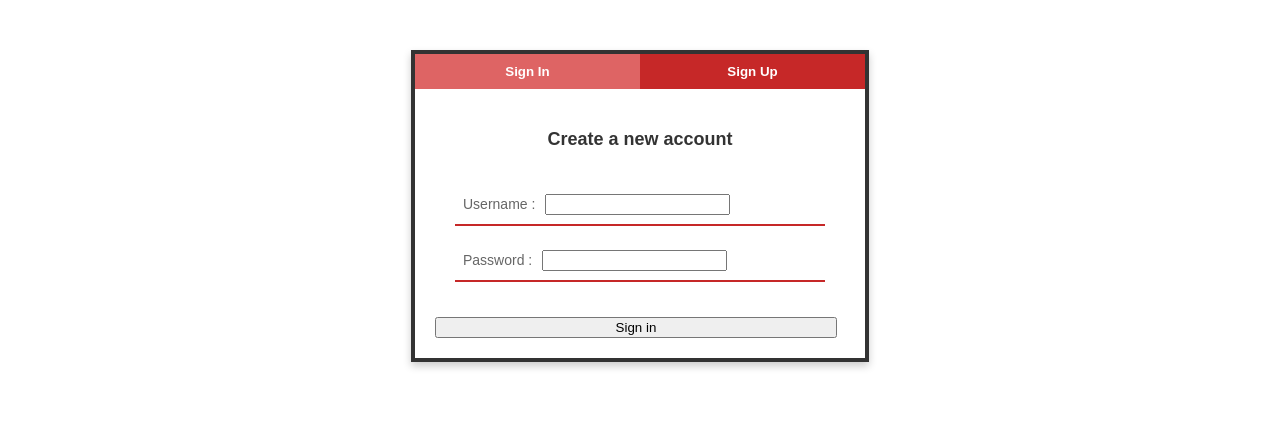
Repository: sebounti/holbertonschool-cinema-guru
Page: / (app in cinema-guru/)
An editor plug-in stored every save of this project. The page is shown before and after the next save, followed by the edit.
The browser window is 1280 px wide. The pictures show the whole page.
The project was rebuilt for these pictures with package versions that can differ from the ones it lists, and the page was loaded fresh each time. Also part of the build but not shown: cinema-guru/src/routes/dashboard/dashboard.css, cinema-guru/src/components/navigation/navigation.css, cinema-guru/src/components/navigation/Header.js, cinema-guru/src/components/components.css, cinema-guru/src/components/Activity.js, cinema-guru/src/components/navigation/SideBar.js, cinema-guru/src/components/movies/movies.css, cinema-guru/src/components/movies/MovieCard.js and 9 more.

Above is the page before, as saved 2024-11-02 19:50:03.

### cinema-guru/src/App.js
import React, { useState, useEffect } from "react";
import Dashboard from "./routes/dashboard/dashboard"; // Import du composant Dashboard
import Authentication from "./routes/auth/Authentication"; // Import du composant Authentication

export default function App() {
  // États du composant
  const [isLoggedIn, setIsLoggedIn] = useState(false);
  const [userUsername, setUserUsername] = useState("");

  // Fonction exécutée lors du montage du composant
  useEffect(() => {
    // Récupérer le token d'accès depuis le localStorage
    const accessToken = localStorage.getItem("accessToken");

    if (accessToken) {
      // Envoi de la requête de vérification d'authentification
      fetch("/api/auth/", {
        method: "POST",
        headers: {
          Authorization: `Bearer ${accessToken}`,
          "Content-Type": "application/json",
        },
      })
        .then((response) => response.json())
        .then((data) => {
          if (data.success) {
            // Vérifier si l'authentification a réussi
            setIsLoggedIn(true);
            setUserUsername(data.username); // Définir le nom d'utilisateur à partir de la réponse
          }
        })
        .catch((error) => {
          console.error("Erreur d'authentification:", error);
          setIsLoggedIn(false); // Réinitialise l'état si la requête échoue
        });
    }
  }, []);

  // Rendu conditionnel selon l'état de connexion
  return isLoggedIn ? (
    <Dashboard username={userUsername} />
  ) : (
    <Authentication />
  );
}

### cinema-guru/src/routes/auth/Authentication.js
import React, { useState } from 'react';
import './auth.css';
import axios from 'axios';
import Login from './login';
import Register from './Register';
import Button from '../../components/general/Button';

export default function Authentication({ setIsLoggedIn, setUserUsername }) {
  const [_switch, setSwitch] = useState(true); // True pour Login, false pour Register
  const [username, setUsername] = useState('');
  const [password, setPassword] = useState('');

  // Fonction handleSubmit pour gérer l'envoi du formulaire
  const handleSubmit = async (e) => {
    e.preventDefault(); // Empêche le rechargement de la page

    try {
      const endpoint = _switch ? '/api/auth/login' : '/api/auth/register';
      const response = await axios.post(endpoint, {
        username,
        password,
      });

      // Si la requête est un succès
      if (response.status === 200) {
        const token = response.data.token;
        localStorage.setItem('accessToken', token); // Stocke le token JWT
        setUserUsername(username); // Met à jour le nom d'utilisateur dans l'état
        setIsLoggedIn(true); // Passe l'état de connexion à vrai
      }
    } catch (error) {
      console.error('Erreur lors de la requête:', error);
      alert('Erreur lors de la connexion ou de l\'inscription');
    }
  };

  return (
    <div className="authentication-container">
      <div className="auth-toggle">
        <Button
          label="Sign In"
          onClick={() => setSwitch(true)}
          className={`toggle-button ${_switch ? 'active' : ''}`}
        />
        <Button
          label="Sign Up"
          onClick={() => setSwitch(false)}
          className={`toggle-button ${!_switch ? 'active' : ''}`}
        />
      </div>

      <form onSubmit={handleSubmit} className="auth-form">
        {_switch ? (
          <Login
            username={username}
            password={password}
            setUsername={setUsername}
            setPassword={setPassword}
          />
        ) : (
          <Register
            username={username}
            password={password}
            setUsername={setUsername}
            setPassword={setPassword}
          />
        )}
        <Button label="Sign in"
                onClick={handleSubmit}
                // eslint-disable-next-line no-undef
                className={Button}
                icon={<i className="fa fa-sign-in"></i>} // Exemple avec une icône FontAwesome
                type="submit" />
      </form>
    </div>
  );
}

### cinema-guru/src/routes/auth/auth.css
/* Conteneur principal de l'authentification */
.authentication-container {
  width: 450px;
  margin: 50px auto;
  border: 4px solid #333;
  box-shadow: 0 4px 8px rgba(0, 0, 0, 0.2);
  font-family: Arial, sans-serif;
}

/* En-tête pour le choix Sign In / Sign Up */
.auth-toggle {
  display: flex;
  justify-content: space-between;
  background-color: #c62828;
  color: white;
}

.toggle-button {
  flex: 1;
  padding: 10px;
  text-align: center;
  cursor: pointer;
  font-weight: bold;
  border: none;
  background: transparent;
  color: white;
}

.toggle-button.active {
  background-color: #de6464;
}

/* Titre du formulaire */
.login-container h2, .register-container h2 {
  text-align: center;
  font-size: 18px;
  color: #333;
  margin-top: 20px;
}

/* Style du formulaire */
.auth-form, .login-form, .register-form {
  padding: 20px;
  display: flex;
  flex-direction: column;

}

/* Groupe de champs */
.input-group {
  display: flex;
  align-items: center;
  margin-bottom: 15px;

}

.input-group label {
  display: flex;
  align-items: center;
  font-size: 14px;
  color: #666;
  margin-right: 10px;
}

/* Champs de saisie */
.input {
  flex: 1;
  border: none;
  border-bottom: 2px solid #c62828;
  padding: 8px;
  font-size: 14px;
}

.input:focus {
  border-bottom-color: #b71c1c;
  outline: none;
}

.button {
  display: inline-flex;
  align-items: center;
  justify-content: center;
  padding: 10px 20px;
  font-size: 14px;
  font-weight: bold;
  color: white;
  background-color: #c62828;
  border: none;
  border-radius: 4px;
  cursor: pointer;
  transition: background-color 0.3s;
}

.button:hover {
  background-color: #b71c1c;
}

.button-icon {
  margin-right: 8px;
}

### cinema-guru/src/routes/auth/login.js
import React from "react";
import "./auth.css";
import Input from "../../components/general/Input";
import Button from "../../components/general/Button";

export default function Login({
  username,
  password,
  setUsername,
  setPassword,
}) {
  // Gestionnaire pour soumettre le formulaire de connexion
  const handleSubmit = (e) => {
    e.preventDefault();
    // Ajoutez ici la logique de connexion, par exemple en appelant une API pour authentifier l'utilisateur
    console.log("Login attempt with:", { username, password });
  };

  return (
    <div className="login-container">
      <h2>Create a new account</h2>
      <form onSubmit={handleSubmit} className="login-form">
        <div className="input-group">
          <Input
            label="Username :"
            type="text"
            value={username}
            setValue={setUsername}
            className="input"
          />
        </div>
        <div className="input-group">
          <Input
            label="Password :"
            type="password"
            value={password}
            setValue={setPassword}
            className="input"
          />
        </div>
      </form>
    </div>
  );
}

### cinema-guru/src/components/general/Button.js
import React from "react";
import "./general.css";
import { FontAwesomeIcon } from "@fortawesome/react-fontawesome";

const Button = ({ label, type = "button", className = "", onClick, icon }) => {
  return (
    <button type={type} className={`btn ${className}`} onClick={onClick}>
      {icon && <FontAwesomeIcon icon={icon} />}
      {label}
    </button>
  );
};

export default Button;

### cinema-guru/src/components/general/Input.js
// src/components/general/Input.js
import React from 'react';
import PropTypes from 'prop-types';
import './general.css';

export default function Input({
  label,
  type,
  className,
  value,
  setValue,
  icon,
  inputAttributes = {}
}) {
  // Gestion du changement de valeur
  const handleInput = (e) => {
    setValue(e.target.value);
  };

  return (
    <div className={`input-container ${className}`}>
      {label && <label className="input-label">{label}</label>}
      <div className="input-wrapper">
        {icon && <span className="input-icon">{icon}</span>}
        <input
          type={type}
          value={value}
          onChange={handleInput}
          {...inputAttributes} // Autres attributs supplémentaires
          className={`input-field ${icon ? 'with-icon' : ''}`}
        />
      </div>
    </div>
  );
}

// PropTypes pour la validation des props
Input.propTypes = {
  label: PropTypes.string.isRequired,
  type: PropTypes.string.isRequired,
  className: PropTypes.string,
  value: PropTypes.any.isRequired,
  setValue: PropTypes.func.isRequired,
  icon: PropTypes.element,
  inputAttributes: PropTypes.object,
};

### cinema-guru/src/components/general/general.css
.input-wrapper, .select-wrapper, .button, .search-bar {
  margin: 1px 0;

}

.input-container {
  display: flex;
  align-items: center;
}

.icon {
  margin-right: 8px;
}

Loaded but not shown: cinema-guru/public/index.html (common file); cinema-guru/src/index.js (common file); cinema-guru/src/index.css (common file)

After the next save:
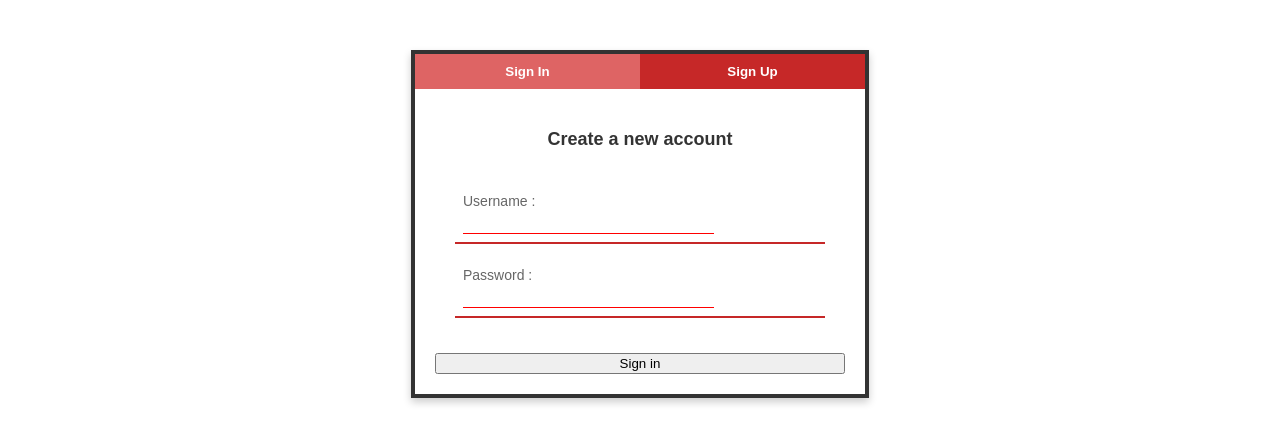
Saved 15 s later.
--- a/cinema-guru/src/components/general/general.css
+++ b/cinema-guru/src/components/general/general.css
@@ -1,13 +1,120 @@
-.input-wrapper, .select-wrapper, .button, .search-bar {
-  margin: 1px 0;
+.input,
+.select,
+.button,
+.search-bar {
+  display: flex;
+  flex-direction: column;
+  align-items: flex-start;
+}
+
+.input label,
+.select label {
+  font-size: 1.2rem;
+}
+
+.input input {
+  border: none;
+  border-bottom: 1px solid red;
+  font-size: 1.2rem;
+  outline: none;
+}
+
+.date {
+  color: white;
+}
+
+.date input {
+  color: white;
+  background-color: #2c2c2c;
+}
+
+.select {
+  color: white;
+}
+
+.select select {
+  border: none;
+  border-bottom: 1px solid red;
+  font-size: 1.2rem;
+  outline: none;
+  background-color: #2c2c2c;
+  color: white;
+}
+
+.button {
+  display: flex;
+  flex-direction: row;
+  background-color: #bb000e;
+  color: white;
+  border: none;
+  padding: 0.2rem 0.7rem;
+  font-size: 1.2rem;
+  cursor: pointer;
+  transition: background-color 0.3s ease-in-out;
+  width: 104px;
+  height: 34px;
+  align-items: center;
+  justify-content: center;
+  margin-top: 20px;
+  white-space: nowrap;
 
 }
 
-.input-container {
+.button svg {
+  display: flex;
+  margin-right: 10px;
+}
+
+.button:hover {
+  background-color: #e31c25;
+}
+
+.search-bar {
+  position: relative;
+  font-style: normal;
+  font-weight: 400;
+  font-size: 48px;
+  line-height: 64px;
+}
+
+.search-bar {
+  position: relative;
+}
+
+.search-input-container {
   display: flex;
   align-items: center;
 }
 
-.icon {
-  margin-right: 8px;
+.search-input {
+  border: none;
+  border-radius: 10rem;
+  padding: 0.5rem 0.5rem 0.5rem 2rem;
+  font-size: 1.2rem;
+  outline: none;
+  background-color: #2c2c2c;
+  color: white;
 }
+
+.search-icon {
+  position: absolute;
+  color: white;
+  opacity: 0.6;
+  left: 0.7rem;
+  top: 50%;
+  transform: translateY(-50%);
+  width: 1rem;
+  transition: opacity 0.3s ease;
+}
+
+.search-bar:hover .search-icon {
+  opacity: 1;
+}
+
+.search-input::placeholder {
+  color: #999999;
+}
+
+.search-input:hover::placeholder {
+  color: white;
+}
